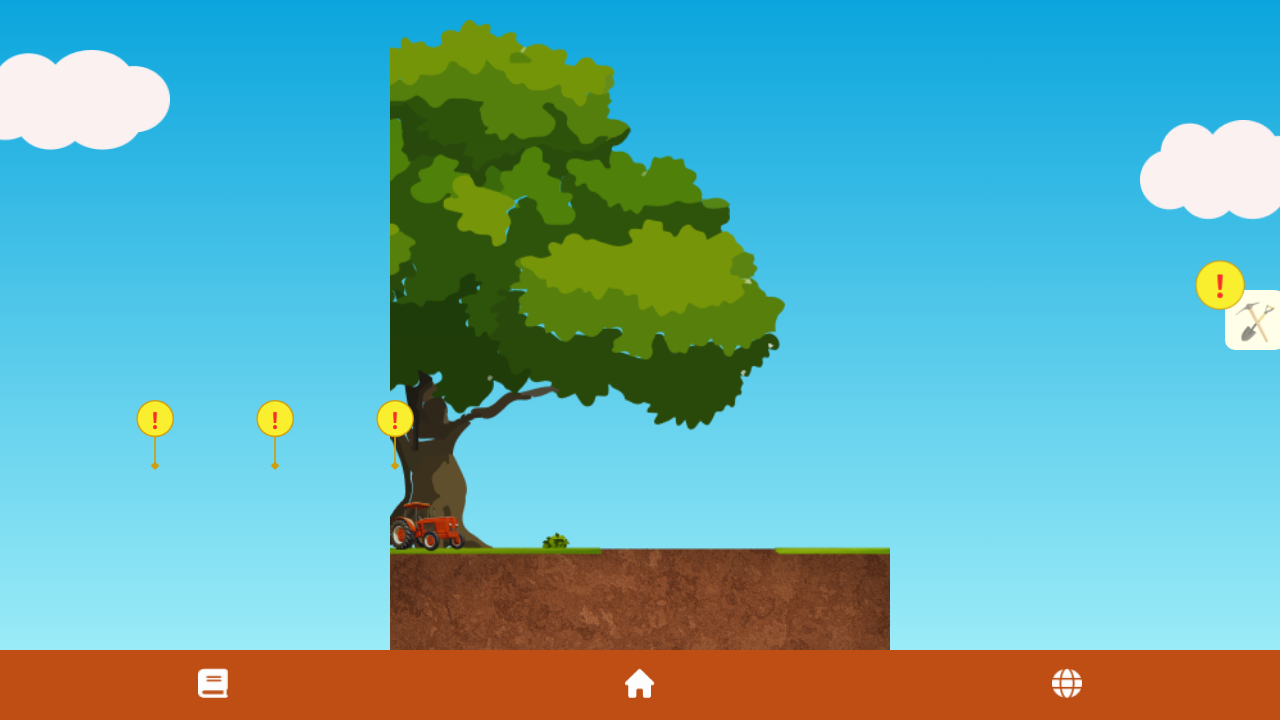
Repository: kobuchisouta/kome-app
Page: /
The author's editor kept a copy of each file at every save. The page is drawn from the files as they stood at one save, then again after the next save.
The browser window is 1280 px wide. The pictures show the whole page.
The project was rebuilt for these pictures with package versions that can differ from the ones it lists, and the page was loaded fresh each time. The framework's server and built-in components were replaced by stand-ins that run in the browser. Also part of the build but not shown: next.config.ts.

Above is the page before, as saved 2025-01-29 11:05:16.

After the next save:
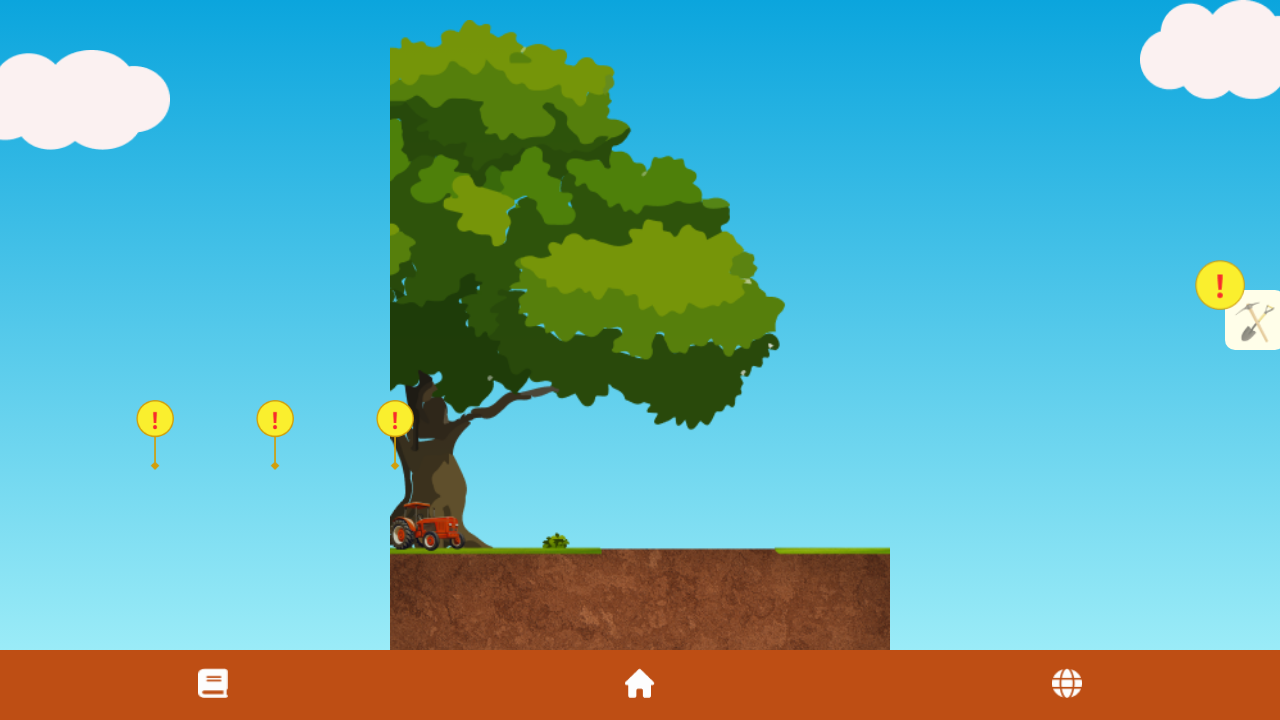
Saved 36 s later.
--- a/src/app/page.module.css
+++ b/src/app/page.module.css
@@ -21,7 +21,6 @@
 
 	.cloud2 {
 		position: absolute;
-		top: 120px;
 		right: -30px;
 		z-index: 0;
 	}

After the save that followed:
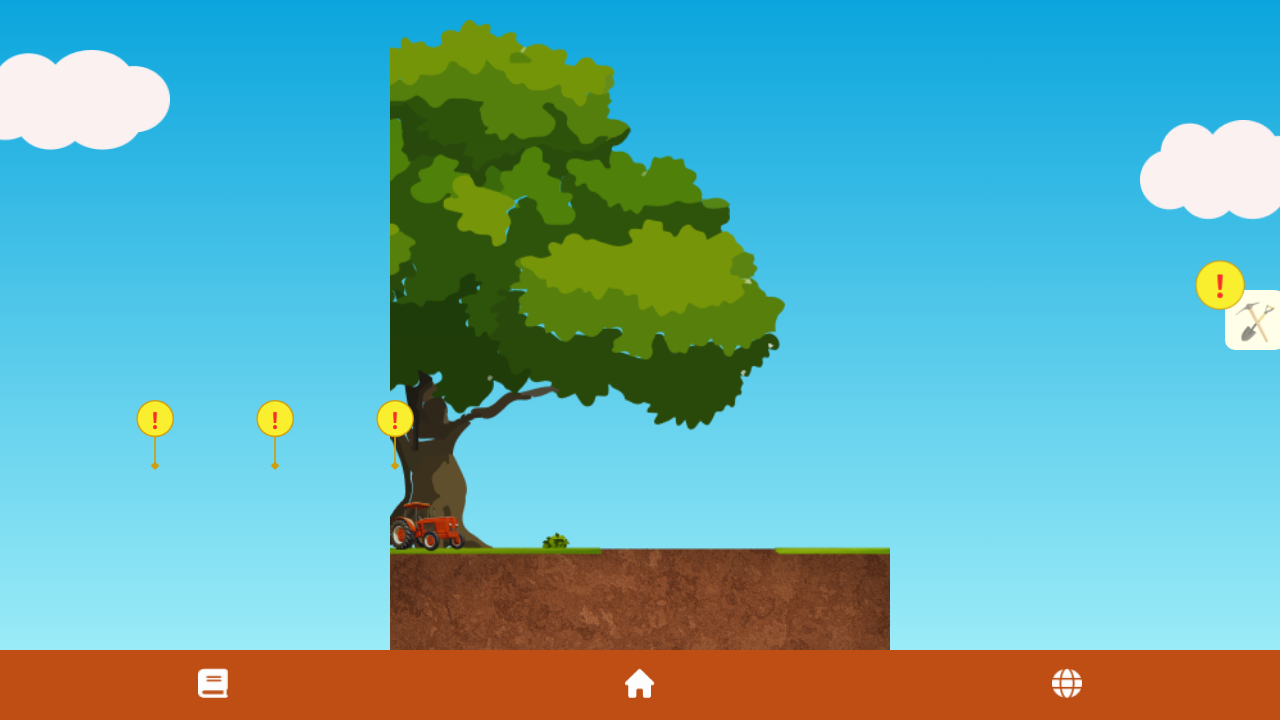
Saved 9 s later.
--- a/src/app/page.module.css
+++ b/src/app/page.module.css
@@ -17,12 +17,13 @@
 		position: absolute;
 		top: 50px;
 		left: -30px;
+		z-index: 0;
 	}
 
 	.cloud2 {
 		position: absolute;
+		top: 120px;
 		right: -30px;
-		z-index: 0;
 	}
 }
 .tools {
